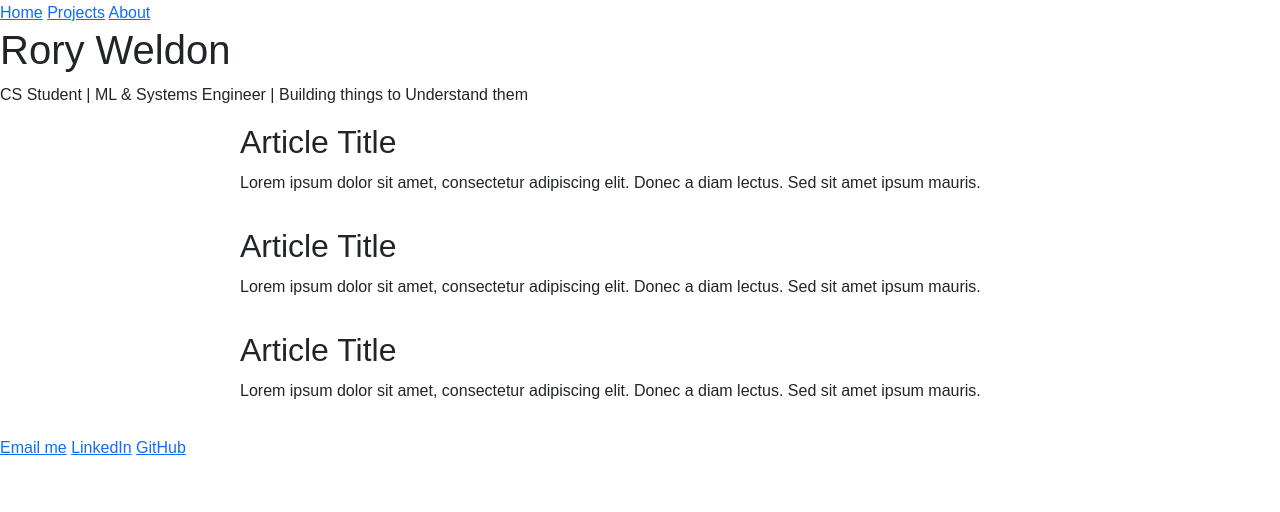
Repository: Art3misF0wl90/Portfolio
Page: index.html
An editor plug-in stored every save of this project. The page is shown before and after the next save, followed by the edit.
The browser window is 1280 px wide. The pictures show the whole page.

Above is the page before, as saved 2026-06-17 18:49:55.

### index.html
<!doctype html>
<html lang="en">
  <!-- This is a simple portfolio website for Rory Weldon, a CS student with interests in ML and systems engineering. The website includes a navigation bar, header, main content area with project teasers, and a footer with contact information. -->
  <head>
    <meta charset="UTF-8" />
    <meta name="viewport" content="width=device-width, initial-scale=1.0" />
    <title>Rory Weldon - Portfolio</title>
    <link
      href="https://cdn.jsdelivr.net/npm/bootstrap@5.3.8/dist/css/bootstrap.min.css"
      rel="stylesheet"
      integrity="sha384-sRIl4kxILFvY47J16cr9ZwB07vP4J8+LH7qKQnuqkuIAvNWLzeN8tE5YBujZqJLB"
      crossorigin="anonymous"
    />
    <link rel="stylesheet" href="style.css" />
  </head>
  <!-- this is the main content area -->
  <body>
    <!-- Navigation bar -->
    <nav>
      <a href="index.html">Home</a>
      <a href="projects.html">Projects</a>
      <a href="about.html">About</a>
    </nav>

    <!-- Header content -->
    <header>
      <h1>Rory Weldon</h1>
      <p>
        CS Student | ML & Systems Engineer | Building things to Understand them
      </p>
    </header>

    <main>
      <!-- Main content - Teasers for projects-->
      <article>
        <h2>Article Title</h2>
        <p>
          Lorem ipsum dolor sit amet, consectetur adipiscing elit. Donec a diam
          lectus. Sed sit amet ipsum mauris.
        </p>
      </article>
      <article>
        <h2>Article Title</h2>
        <p>
          Lorem ipsum dolor sit amet, consectetur adipiscing elit. Donec a diam
          lectus. Sed sit amet ipsum mauris.
        </p>
      </article>
      <article>
        <h2>Article Title</h2>
        <p>
          Lorem ipsum dolor sit amet, consectetur adipiscing elit. Donec a diam
          lectus. Sed sit amet ipsum mauris.
        </p>
      </article>
    </main>
    <!-- Footer content -->
    <footer>
      <a href="mailto:lweldon2@students.kennesaw.edu">Email me</a>
      <a href="https://www.linkedin.com/in/rory-weldon-5829ab297/">LinkedIn</a>
      <a href="https://github.com/Art3misF0wl90">GitHub</a>
    </footer>
  </body>
</html>

### style.css
body {
  font-family: sans-serif;
  /* resetting the browser's default page margin */
  margin: 0;
  line-height: 1.6;
}

main {
  /*caps line length so text stays readable on wide screens*/
  max-width: 800px;
  /*auto L/R margins center the fixed-width block*/
  margin: 0 auto;
}

article {
  /*space between teasers - em = relative to font size*/
  margin-bottom: 2em;
}

After the next save:
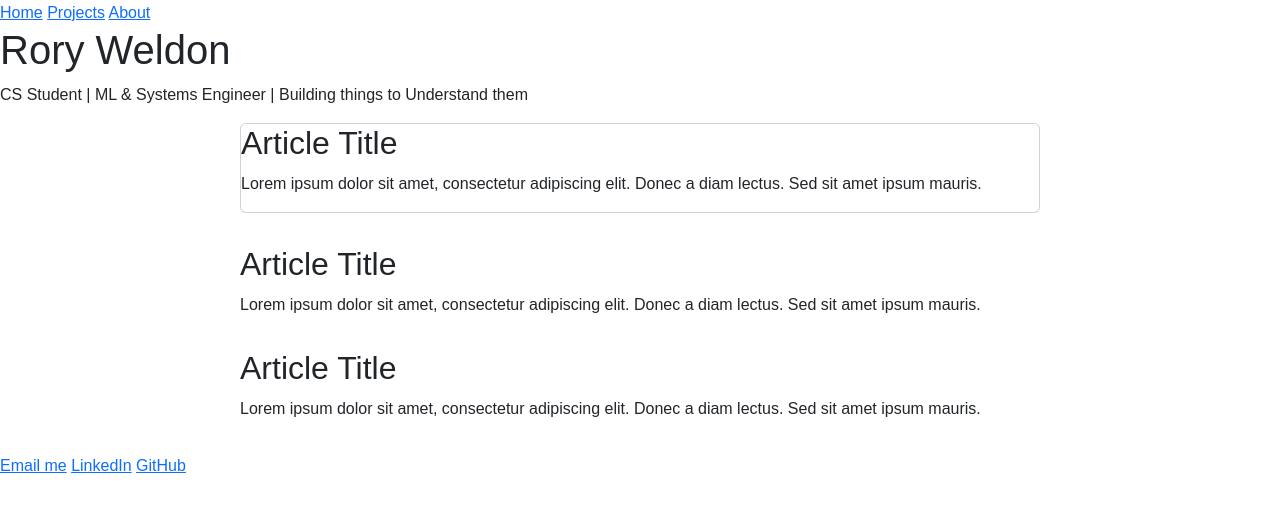
Saved 3 min 45 s later.
--- a/index.html
+++ b/index.html
@@ -32,7 +32,7 @@
 
     <main>
       <!-- Main content - Teasers for projects-->
-      <article>
+      <article class="card">
         <h2>Article Title</h2>
         <p>
           Lorem ipsum dolor sit amet, consectetur adipiscing elit. Donec a diam
